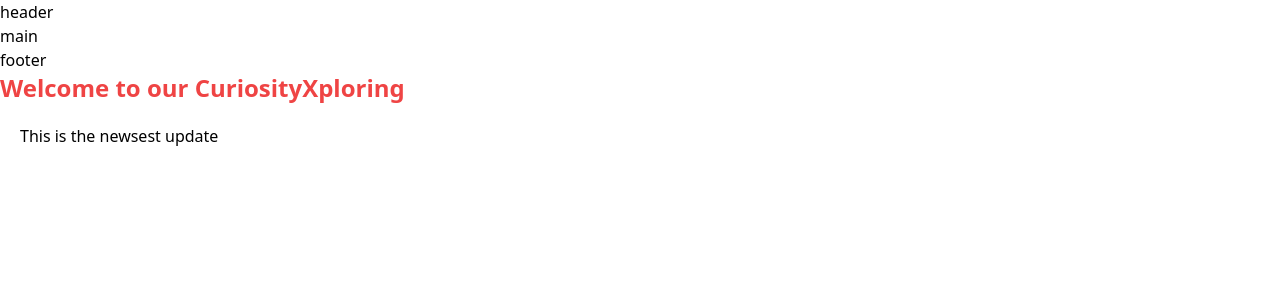
Repository: emorilebo/curiosityxploring-site
Page: /
An editor plug-in stored every save of this project. The page is shown before and after the next save, followed by the edit.
The browser window is 1280 px wide. The pictures show the whole page.
The project was rebuilt for these pictures with package versions that can differ from the ones it lists, and the page was loaded fresh each time. The framework's server and built-in components were replaced by stand-ins that run in the browser. Also part of the build but not shown: next.config.js.

Above is the page before, as saved 2022-12-11 16:19:19.

### pages/index.js
import Head from "next/head";
import Image from "next/image";
import Layout from "../components/Layout";

export default function Home() {
  return (
    <div>
     <Layout></Layout>
      <h1 className="text-red-500 font-bold text-2xl">
        Welcome to our CuriosityXploring
      </h1>
      <p className="p-5">This is the newsest update</p>
    </div>
  );
}

### components/Layout.jsx
import Head from 'next/head'
import React from 'react'

const Layout = () => {
  return (
    <>
     <Head>
        <title>
          Curiosityxploring - Amazing global community of worldbest developer
        </title>
        <meta name="description" content="Developer community" />
        <link rel="icon" href="/favicon.ico" />
      </Head>
        <div>
            <header>header</header>
            <main>main</main>
            <footer>footer</footer>
        </div>
    </>
  )
}

export default Layout

### tailwind.config.js
/** @type {import('tailwindcss').Config} */
module.exports = {
  purge: ["./pages/**/*.{js,ts,jsx,tsx}", "./components/**/*.{js,ts,jsx,tsx}"],
  darkMode: false, // or 'media' or 'class'
  theme: {
    extend: {},
  },
  variants: {
    extend: {},
  },
  plugins: [],
};

Loaded but not shown: pages/_app.js (common file); styles/globals.css (common file)

After the next save:
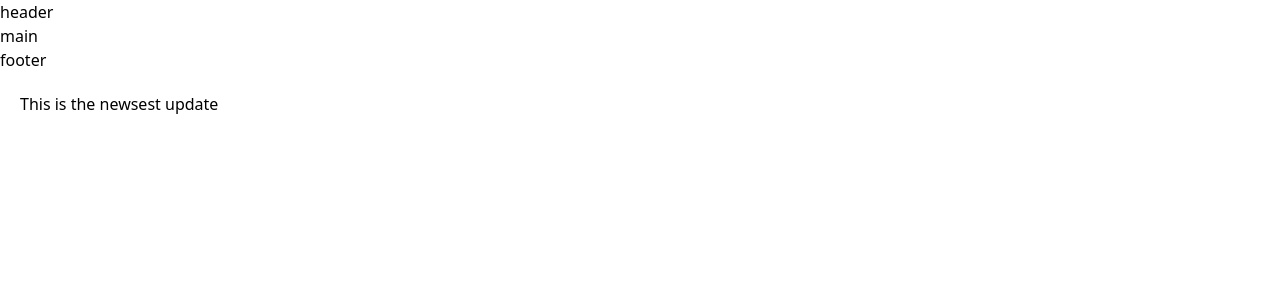
Saved 19 s later.
--- a/pages/index.js
+++ b/pages/index.js
@@ -6,9 +6,7 @@
   return (
     <div>
      <Layout></Layout>
-      <h1 className="text-red-500 font-bold text-2xl">
-        Welcome to our CuriosityXploring
-      </h1>
+
       <p className="p-5">This is the newsest update</p>
     </div>
   );
